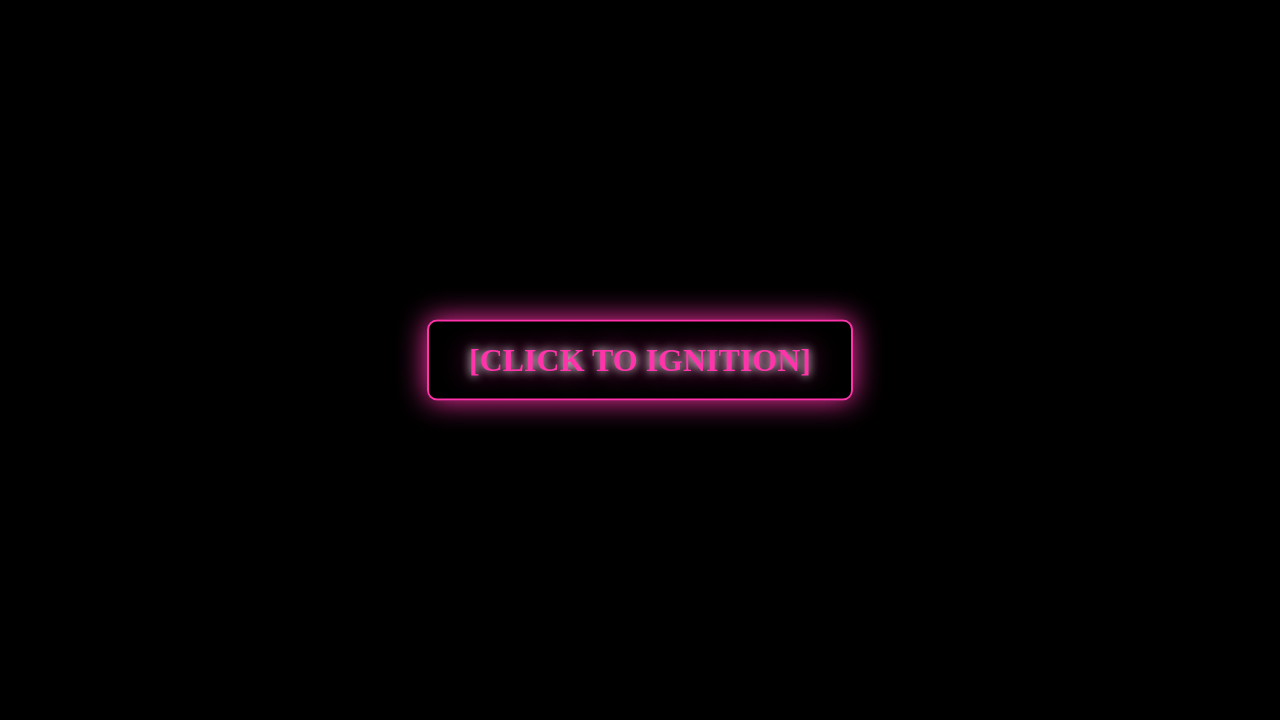
Repository: chatgdpkuesuto-sys/quest-rpg
Page: 00_Dashboard/index.html
The author's editor kept a copy of each file at every save. The page is drawn from the files as they stood at one save, then again after a run of saves.
The browser window is 1280 px wide. The pictures show the whole page.

Above is the page before, as saved 2026-02-20 08:08:55.

After the next 2 saves:
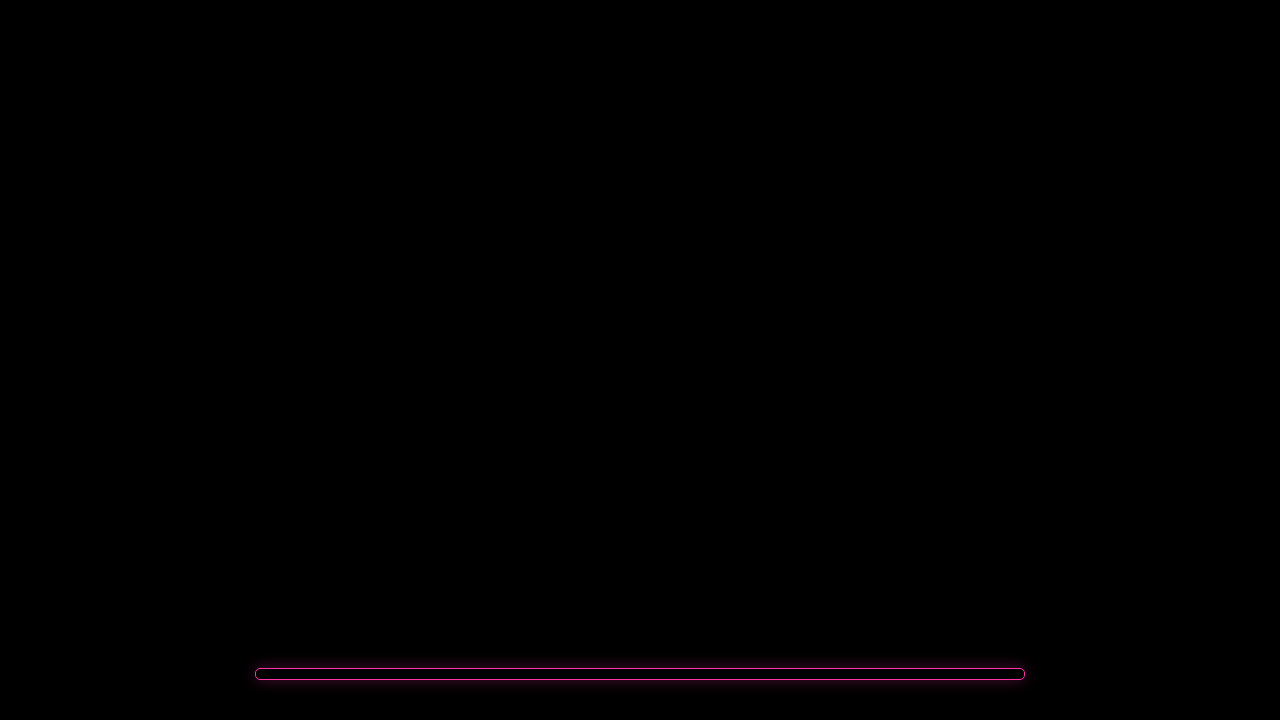
The 2 saves are shown as one change because they came seconds apart.
The last was saved 9 s later.
--- a/00_Dashboard/index.html
+++ b/00_Dashboard/index.html
@@ -16,13 +16,15 @@
     <div id="blood-overlay"></div>
     <div id="glitch-overlay"></div>
 
-    <!-- BGM等制御用の初期化ボタン (ブラウザの自動再生ポリシー対策用) -->
-    <div id="init-audio" onclick="initEngine()">[CLICK TO IGNITION]</div>
-
     <!-- Zundamon Voice Player -->
     <audio id="voice-player" src="outputs/voice.wav" preload="none"></audio>
     <!-- Sound Effects Player -->
     <audio id="se-player" preload="none"></audio>
+
+    <!-- 🌟 NEW: 蓄積ゲージ（溜まったらAIが動く） 🌟 -->
+    <div id="buildup-container">
+        <div id="buildup-fill"></div>
+    </div>
 
     <!-- 🌟 NEW: マンガ風 吹き出しコンテナ 🌟 -->
     <div id="bubble-container"></div>
@@ -80,27 +82,53 @@
         // 🌟 NEW: フルスクリーン・マウスクリック制御 (座標取得版) 🌟
         document.addEventListener('contextmenu', event => event.preventDefault());
 
+        // 🌟 NEW: 蓄積ゲージの状態管理
+        let buildupGauge = 0;
+
         document.addEventListener('mousedown', (event) => {
             if (event.target.id === 'init-audio') return;
 
             const xPercent = Math.round((event.clientX / window.innerWidth) * 100);
             const yPercent = Math.round((event.clientY / window.innerHeight) * 100);
 
-            if (event.button === 0) {
-                // 左クリック
-                createClickEffect(xPercent, yPercent, 'heart');
-                if (typeof cycleVariant === "function") cycleVariant();
-                sendAction("左クリック（肯定／愛撫）", xPercent, yPercent);
-            } else if (event.button === 2) {
-                // 右クリック
-                createClickEffect(xPercent, yPercent, 'fire');
-                if (typeof cycleVariant === "function") cycleVariant();
-                sendAction("右クリック（嗜虐／ハプニング）", xPercent, yPercent);
+            // 1. ゲージの蓄積 (+10% per click)
+            buildupGauge += 10;
+            if (buildupGauge > 100) buildupGauge = 100;
+
+            // 2. ゲージの視覚的更新
+            document.getElementById('buildup-fill').style.width = buildupGauge + '%';
+
+            // 3. クリックの種類に応じたエフェクトと立ち絵の切り替え
+            let clickType = 'heart';
+            let actionIntent = "左クリック（肯定／愛撫）";
+
+            if (event.button === 2) {
+                clickType = 'fire';
+                actionIntent = "右クリック（嗜虐／ハプニング）";
             } else if (event.button === 1) {
-                // 🌟 ホイールクリック（中ボタン）
-                createClickEffect(xPercent, yPercent, 'blue-sparkle');
-                if (typeof cycleVariant === "function") cycleVariant();
-                sendAction("ホイールクリック（特殊行動／観察）", xPercent, yPercent);
+                clickType = 'blue-sparkle';
+                actionIntent = "ホイールクリック（特殊行動／観察）";
+            }
+
+            createClickEffect(xPercent, yPercent, clickType);
+            if (typeof cycleVariant === "function") cycleVariant();
+
+            // 4. ゲージが100%になったらAIに送信！
+            if (buildupGauge >= 100) {
+                console.log("🔥 GAUGE FULL! TRIGGERING AI ACTION 🔥");
+
+                // ド派手なエフェクト
+                for (let i = 0; i < 5; i++) {
+                    setTimeout(() => createClickEffect(50 + (Math.random() - 0.5) * 20, 50 + (Math.random() - 0.5) * 20, 'blue-sparkle'), i * 50);
+                }
+
+                sendAction(actionIntent + " [ゲージMAX発動]", xPercent, yPercent);
+
+                // ゲージのリセット
+                setTimeout(() => {
+                    buildupGauge = 0;
+                    document.getElementById('buildup-fill').style.width = '0%';
+                }, 500);
             }
         });
     </script>
